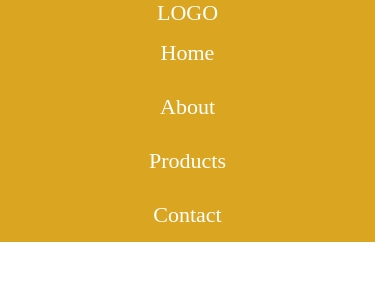
Repository: albayrakfatih/Flex-Navbar
Page: navbar-w-flexbox.html
These files come from the project's save history. The page is drawn as it stood at one moment and after the next save; the edit follows.
The browser window is 375 px wide. The pictures show the whole page.

Above is the page before, as saved 2023-05-09 20:08:37.

### navbar-w-flexbox.html
<!DOCTYPE html>
<html lang="en">
<head>
    <meta charset="UTF-8">
    <meta http-equiv="X-UA-Compatible" content="IE=edge">
    <meta name="viewport" content="width=device-width, initial-scale=1.0">
    <link rel="stylesheet" href="styles.css">
    <title>Navbar With Flexbox</title>
</head>
<body>


    <nav>
        <a href="" class="logo">LOGO</a>
        <ul class="navigation">
            <li><a href="#">Home</a></li>
            <li><a href="#">About</a></li>
            <li><a href="#">Products</a></li>
            <li><a href="#">Contact</a></li>
        </ul>
    </nav>



</body>
</html>

### styles.css
*{
    padding: 0;
    margin: 0;
}

nav{
    display: flex;
    justify-content: space-between;
    background: goldenrod;
    padding: 0 20px;
}



nav a{
    align-self: center;
    text-decoration: none;
    font-size: 22px;
    color: #fff;
}

.navigation{
    list-style-type: none;
    display: flex;
}
.navigation a{
    display: block;
    padding: 14px;
    text-align: center;
}
.navigation a:hover{
    background:  #e8c264;
    border-radius: 50%;

}

@media (max-width:570px){
    nav{
        flex-direction: column;
    }

    .navigation{
        flex-direction: column;
    }
    .navigation a{
        border: ;
    }

}

After the next save:
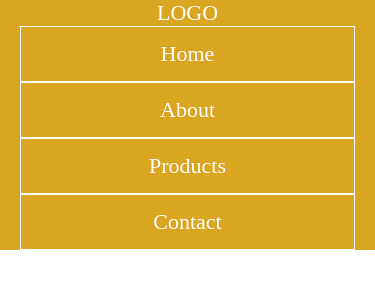
Saved 4 s later.
--- a/styles.css
+++ b/styles.css
@@ -43,7 +43,7 @@
         flex-direction: column;
     }
     .navigation a{
-        border: ;
+        border: 1px solid ;
     }
 
 }

After the 6 saves that followed:
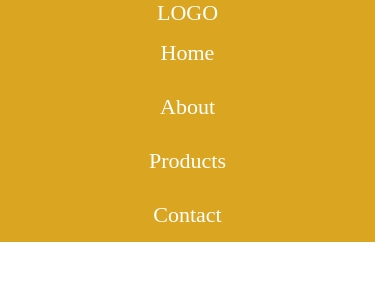
The 6 saves are shown as one change because they came seconds apart.
The last was saved 20 s later.
--- a/styles.css
+++ b/styles.css
@@ -43,7 +43,7 @@
         flex-direction: column;
     }
     .navigation a{
-        border: 1px solid ;
+        border: 1px solid rgba();
     }
 
 }
